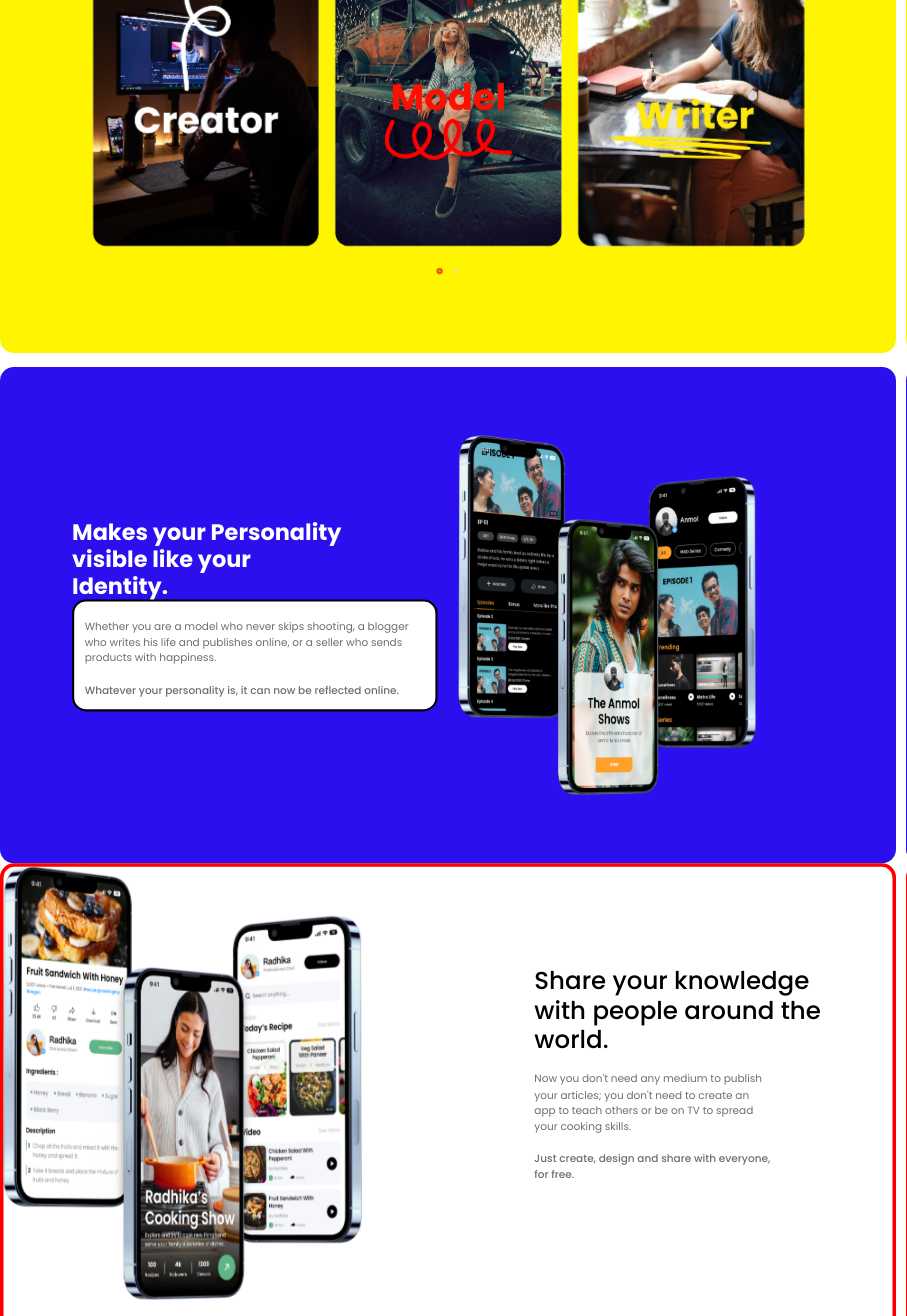
Repository: itsmesikandar/swavy.in.github.io
Page: index.html
An editor plug-in stored every save of this project. The page is shown before and after the next save, followed by the edit.
The browser window is 1280 px wide. The page is 1295 px wide, so the pictures cover 1295 px, including what lies to the right of the window. The pictures show the part of the page from y = 1686 to 3566 px (the page is 4931 px tall), at 70% of full size.

Above is the page before, as saved 2023-02-23 00:26:39.
Console error: TypeError: Cannot read properties of undefined (reading 'fn')

### index.html
<!DOCTYPE html>
<html lang="en">
<head>
  <title>Swavy</title>

  <meta charset="UTF-8">
  <meta name="viewport" content="width=device-width, initial-scale=1.0">
  <meta http-equiv="X-UA-Compatible" content="ie=edge">
  <link rel="stylesheet" href="vendors/owl-carousel/css/owl.carousel.min.css">
  <link rel="stylesheet" href="vendors/owl-carousel/css/owl.theme.default.css">
  <link rel="stylesheet" href="vendors/mdi/css/materialdesignicons.min.css">
  <link rel="stylesheet" href="vendors/aos/css/aos.css">
  <link rel="stylesheet" href="css/style.min.css">
  <link rel="stylesheet" href="css/style.css">
  <link rel="stylesheet"
        href="https://cdnjs.cloudflare.com/ajax/libs/OwlCarousel2/2.3.4/assets/owl.carousel.min.css"
        integrity="sha512-tS3S5qG0BlhnQROyJXvNjeEM4UpMXHrQfTGmbQ1gKmelCxlSEBUaxhRBj/EFTzpbP4RVSrpEikbmdJobCvhE3g=="
        crossorigin="anonymous" />
  <link rel="stylesheet"
        href="https://cdnjs.cloudflare.com/ajax/libs/OwlCarousel2/2.3.4/assets/owl.theme.default.min.css"
        integrity="sha512-sMXtMNL1zRzolHYKEujM2AqCLUR9F2C4/05cdbxjjLSRvMQIciEPCQZo++nk7go3BtSuK9kfa/s+a4f4i5pLkw=="
        crossorigin="anonymous" />

</head>
<body id="body" data-spy="scroll" data-target=".navbar" data-offset="100">
  <header id="header-section">
    <nav class="navbar navbar-expand-lg pl-3 pl-sm-0 py-4" id="navbar">
    <div class="container">
      <div class="navbar-brand-wrapper d-flex ">
        <h4 style="color:rgb(253, 81, 1); font-size: 18px;">#NotJustSocialMedia</h4>
      </div>
    </div>
    </nav>
  </header>
  <div class="banner" >
    <div class="container-fluid">
      <h1 class="font-weight-semibold margin-top" id="ht">Discover<br>The Best Form Of Yourself</h1>
      <h5 class="font-weight-normal text-muted pb-3">Where humans create themselves, not Platform.</h5>
      <img src="images/hero-img.png" alt="" class="img-fluid">
    </div>
  </div>
      <div class="content-wrapper ">
        <div class="container-fluid">




          <section class="features-overview bg_color_first " id="features-section" >
            <!-- <div class="content-header">
              <h3><b>Bored seeing same profiles design?</b></h3>
              <h6 class="section-subtitle text-muted">Billions others too, What if i say<br>You can have your website as your social identity! for free.</h6>
            </div> -->

            <!-- <div class="contact-us" id="contact-section">
              <div class="container">
                <div class=" contact-upper" >
                  <div data-aos="fade-up">
                    <div class="col-12  offset-sm-3 col-sm-6 offset-sm-3 offset-lg-3 col-lg-6 offset-lg-3 ">
                      <form name="submit-to-google-sheet" id="myFormm">
                        <div class="">
                          <input type="email" placeholder="Enter your email address" />
                          <button type="submit" class="btn btn-danger r-20 font-weight-medium">Get Early Access</button>
                       </div>
                         <input type="email" name="Email" class="input-form-control r-20" id="Email" placeholder="Enter your email address">
                        <div class="pt-3">
                          <button type="submit" class="btn btn-danger r-20 font-weight-medium">Get Early Access</button>
                        </div>
                      </form>
                    </div>
                  </div>
                </div>
              </div>
            </div> -->

            <div class="content-header  ">
              <h4 class="section-subtitle color-white"><b>Where you can</b></h4>
              <h4 class="color-white"><b>Show what you are but better.</b></h4>
            </div>

            <div class="d-md-flex justify-content-between mx-5">
              <div class="grid-margin justify-content-center bg_color_white box-shadow-3d-a mx-5 px-2">
                <div class="features-width text-center py-3 pt-5">
                  <img src="images/nomore.png" width="100" height="100" alt="" class="img-icons">
                  <h5 class="py-3 font-weigh-sub">No More<br>Default Profiles</h5>
                  <p class="text-muted font-wt-p">Forget that default profile design that matches with Billions other!</p>
                </div>
              </div>
              <div class="grid-margin  justify-content-center bg_color_white box-shadow-3d-b mx-5 px-2">
                <div class="features-width text-center py-3 pt-5">
                  <img src="images/noplatform.jpg" width="100" height="100" alt="" class="img-icons">
                  <h5 class="py-3 font-weigh-sub">No Need Of<br>Different Platform</h5>
                  <p class="text-muted font-wt-p">Does platform limits you expression: some allows video, image or text only?
                  </p>
                </div>
              </div>
              <div class="grid-margin justify-content-center bg_color_white box-shadow-3d-c mx-5 px-2">
                <div class="features-width text-center py-3 pt-5">
                  <img src="images/tenent.png" width="100" height="100" alt="" class="img-icons">
                  <h5 class="py-3 font-weigh-sub">You No Need<br>To Live As Tenant</h5>
                  <p class="text-muted font-wt-p">Own your virtual identity, like you own your real life.~Web+Domain, for free.</p>
                </div>
              </div>
            </div>
          </section>


          <section class=" features-overview customer-feedback bg_color_second" id="feedback-section">
            <div class="container">
              <div class="row">
                <div class="col-12 text-center pb-5">

                  <h4 class="section-subtitle mt-5"><b>Bring Your Ideas Into Life</b></h4>

                </div>

                <div class="col-12 pa-5">
                  <div class="owl-carousel owl-theme grid-margin">
                    <div class="card customer-cards">
                      <img src="images/educator.png"  alt="" >
                    </div>
                    <div class="card customer-cards">
                      <img src="images/creator.png"  alt="" >
                    </div>
                    <div class="card customer-cards">
                      <img src="images/model.png"  alt="" >
                    </div>
                    <div class="card customer-cards">
                      <img src="images/writer.png"  alt="" >
                    </div>
                  </div>
                </div>
              </div>
            </div>

          </section>

          <section class="features-overview bg_color_third " id="features-section" >
            <div class="container">
              <div class="row">
                <div class="row align-items-center">
                  <div class="col-12 col-lg-offset-1 col-lg-6 grid-margin grid-margin-lg-0 align-left pl-5 pt-5 pb-5" data-aos="fade-right">
                    <h3 class="m-0 font-wt-h3">Makes your Personality<br>visible like your<br>Identity.</h3>
                    <div class="col-lg-12  font-wt-wb">
                      <p class="py-4 m-0 text-muted">Whether you are a model who never skips shooting, a blogger who writes his life and publishes online, or a seller who sends products with happiness.</p>
                      <p class="font-weight-medium text-muted">Whatever your personality is, it can now be reflected online.</p>
                    </div>
                  </div>
                  <div class="col-12  col-lg-5  img-digital grid-margin grid-margin-lg-0 pr-5 pt-5 pb-5" data-aos="fade-left">
                    <div class="carousel slide" data-ride="carousel">
                      <div class="carousel-inner">
                        <div class="carousel-item active">
                          <img src="images/vlog.png" alt="" class="img-fluid d-block w-100">
                        </div>
                        <div class="carousel-item ">
                          <img src="images/show.png" alt="" class="img-fluid d-block w-100">
                        </div>
                        <div class="carousel-item ">
                          <img src="images/podcast.png" alt="" class="img-fluid d-block w-100">
                        </div>
                        <div class="carousel-item ">
                          <img src="images/sell.png" alt="" class="img-fluid d-block w-100">
                        </div>
                      </div>
                    </div>
                  </div>
                </div>
              </div>

            </div>
          </section>


      <section class="digital-marketing-service bf_color_third border-to" id="digital-marketing-section">


        <div class="row align-items-center">
          <div class="col-12 col-lg-5 text-center flex-item grid-margin" data-aos="fade-right">
            <div class="carousel slide" data-ride="carousel">
              <div class="carousel-inner">
                <div class="carousel-item active">
                  <img src="images/class.png" alt="" class="img-fluid d-block w-100">
                </div>
                <div class="carousel-item ">
                  <img src="images/radhika.png" alt="" class="img-fluid d-block w-100">
                </div>
                <div class="carousel-item ">
                  <img src="images/news.png" alt="" class="img-fluid d-block w-100">
                </div>
              </div>
            </div>
          </div>
          <div class="col-12 offset-lg-2 col-lg-5 flex-item grid-margin align-left data-aos="fade-left">
            <h2 class="m-0 ">Share your knowledge<br> with people around the world.</h2>
            <div class="col-lg-9 col-xl-8 p-0">
              <p class="py-4 m-0 text-muted">Now you don't need any medium to publish your articles; you don't need to create an app to teach others or be on TV to spread your cooking skills.</p>
              <p class="pb-2 font-weight-medium text-muted">Just create, design and share with everyone, for free.</p>
            </div>
          </div>
        </div>
      </section>



      <section class="case-studies" id="case-studies-section">
        <div class="row ">
          <div class="col-12 text-center pb-5">
            <h2><b>Be the human that exist in real world.</b></h2>
          </div>
          <div class="col-12 col-md-6 col-lg-4 stretch-card mb-3 mb-lg-3" data-aos="zoom-in">
            <div class="card customer-cards">
              <div class="card-body">
                <div class="text-center">
                  <img src="images/ticket.png" width="100" height="100" alt="" class="img-customer">
                  <div class="content-divider m-auto"></div>
                  <h6 class="card-title pt-3">Get your tickets</h6>
                  <p class="m-0 py-3 text-muted">Get onboard and experience to own yourself on Internet. Either get an invite from friend or Join the waitlist to early access.</p>
                </div>
              </div>
            </div>
          </div>
          <div class="col-12 col-md-6 col-lg-4 stretch-card mb-3 mb-lg-3" data-aos="zoom-in" data-aos-delay="200">
            <div class="card customer-cards">
              <div class="card-body">
                <div class="text-center">
                  <img src="images/create.jpg" width="100" height="100" alt="" class="img-customer">
                  <div class="content-divider m-auto"></div>
                  <h6 class="card-title pt-3">Create yourself</h6>
                  <p class="m-0 py-3 text-muted">Describe your personality, Enter your content and get yourself an identity which is as unique as you out of Billions.</p>
                </div>
              </div>
            </div>
          </div>
          <div class="col-12 col-md-6 col-lg-4 stretch-card mb-3 mb-lg-3" data-aos="zoom-in" data-aos-delay="400">
            <div class="card customer-cards">
              <div class="card-body">
                <div class="text-center">
                  <img src="images/design.jpg" width="100" height="100" alt="" class="img-customer">
                  <div class="content-divider m-auto"></div>
                  <h6 class="card-title pt-3">Design your personality</h6>
                  <p class="m-0 py-3 text-muted">Find your style in our templates curate your content and done. If not satisfy can change font/size/color/layout as your wish.</p>
                </div>
              </div>
            </div>
          </div>
          <div class="col-12 col-md-6 col-lg-4 stretch-card mb-3 mb-lg-3" data-aos="zoom-in" data-aos-delay="600">
            <div class="card customer-cards">
              <div class="card-body">
                <div class="text-center">
                  <img src="images/own.jpg" width="100" height="100" alt="" class="img-customer">
                  <div class="content-divider m-auto"></div>
                  <h6 class="card-title pt-3">Own your identity</h6>
                  <p class="m-0 py-3 text-muted">Get your online presence in your hand, link it with domain, for free* and let yourself be discovered on the Internet.</p>
                </div>
              </div>
            </div>
          </div>
          <div class="col-12 col-md-6 col-lg-4 stretch-card mb-3 mb-lg-3" data-aos="zoom-in" data-aos-delay="400">
            <div class="card customer-cards">
              <div class="card-body">
                <div class="text-center">
                  <img src="images/friends.jpg" width="100" height="100" alt="" class="img-customer">
                  <div class="content-divider m-auto"></div>
                  <h6 class="card-title pt-3">Meet your friends</h6>
                  <p class="m-0 py-3 text-muted">Where you are not just a profile but individual. Who can chat and stay in touch with your friends while being what you are and what you think.</p>
                </div>
              </div>
            </div>
          </div>
          <div class="col-12 col-md-6 col-lg-4 stretch-card mb-3 mb-lg-3" data-aos="zoom-in" data-aos-delay="600">
            <div class="card customer-cards">
              <div class="card-body">
                <div class="text-center">
                  <img src="images/goalive.png" width="100" height="100" alt="" class="img-customer">
                  <div class="content-divider m-auto"></div>
                  <h6 class="card-title pt-3">No profiles just you!</h6>
                  <p class="m-0 py-3 text-muted">Whether a writer or a model, now you have your own ground which you created - a Website. Just share with your friends and play together in the world you own.</p>
                </div>
              </div>
            </div>
          </div>
        </div>
      </section>
    </div>

    <section class="contact-us" id="contact-section">
      <div class="container">
        <div class="contact-us-bgimage grid-margin " >
          <div class="pb-4">
            <h3 class="px-3 px-md-0 m-0 fw" data-aos="fade-down">Invited Members Can Only Access!<br>Join Our Waitlist.</h3>
          </div>
          <div data-aos="fade-up">
            <div class="col-12  offset-sm-3 col-sm-6 offset-sm-3 offset-lg-4 col-lg-4 offset-lg-4 ">
              <form name="submit-to-google-sheet" id="myForm">
                <input type="email" name="Email" class="input-form-control r-20" id="Email" placeholder="Email id">
                <div class="pt-3">
                  <button type="submit" class="btn btn-danger font-weight-medium r-20">Get Early Access</button>
                </div>
              </form>
            </div>
          </div>
        </div>
      </div>
    </section>
  </div>

  <script>
       !function(){var analytics=window.analytics=window.analytics||[];if(!analytics.initialize)if(analytics.invoked)window.console&&console.error&&console.error("Segment snippet included twice.");else{analytics.invoked=!0;analytics.methods=["trackSubmit","trackClick","trackLink","trackForm","pageview","identify","reset","group","track","ready","alias","debug","page","once","off","on","addSourceMiddleware","addIntegrationMiddleware","setAnonymousId","addDestinationMiddleware"];analytics.factory=function(e){return function(){var t=Array.prototype.slice.call(arguments);t.unshift(e);analytics.push(t);return analytics}};for(var e=0;e<analytics.methods.length;e++){var key=analytics.methods[e];analytics[key]=analytics.factory(key)}analytics.load=function(key,e){var t=document.createElement("script");t.type="text/javascript";t.async=!0;t.src="https://cdn.segment.com/analytics.js/v1/" + key + "/analytics.min.js";var n=document.getElementsByTagName("script")[0];n.parentNode.insertBefore(t,n);analytics._loadOptions=e};analytics._writeKey="sy1jEkZRdvqaCf5dOWhj4yyXbsgHlnL4";;analytics.SNIPPET_VERSION="4.15.3";
        analytics.load("sy1jEkZRdvqaCf5dOWhj4yyXbsgHlnL4");
        analytics.page();
        }}();


    const scriptURL = 'https://script.google.com/macros/s/AKfycbxXpgQgQMZqhFNl4IiDehqWTr5-PkKsvUA7oIWJAg1q1VEVA7wHIRvszY07XR8cTBPduQ/exec'
    const form = document.forms['submit-to-google-sheet']
    //const formm = document.forms['submit-to-google-sheet']
    const fr = document.getElementById("myForm")
    //const frr = document.getElementById("myFormm")

    // formm.addEventListener('submit', e => {
    //   e.preventDefault()
    //   fetch(scriptURL, { method: 'POST', body: new FormData(formm)})
    //     .then(response =>
    //     frr.reset())
    //     .catch(error => console.error('Error###', error.message))
    // })

    form.addEventListener('submit', e => {
      e.preventDefault()
      fetch(scriptURL, { method: 'POST', body: new FormData(form)})
        .then(response =>
        fr.reset())
        .catch(error => console.error('Error!!!!!!', error.message))
    })

  </script>
  <script src="https://cdnjs.cloudflare.com/ajax/libs/OwlCarousel2/2.3.4/owl.carousel.min.js"
  integrity="sha512-bPs7Ae6pVvhOSiIcyUClR7/q2OAsRiovw4vAkX+zJbw3ShAeeqezq50RIIcIURq7Oa20rW2n2q+fyXBNcU9lrw=="
  crossorigin="anonymous"></script>
  <script src="vendors/jquery/jquery.min.js"></script>
  <script src="vendors/bootstrap/bootstrap.min.js"></script>
  <script src="vendors/owl-carousel/js/owl.carousel.min.js"></script>
  <script src="vendors/aos/js/aos.js"></script>
  <script src="js/landingpage.js"></script>
</body>
</html>

### js/landingpage.js
// HEADER ANIMATION
window.onscroll = function() {scrollFunction()};
var element = document.getElementById("body");
function scrollFunction() {
  if (document.body.scrollTop > 400 || document.documentElement.scrollTop > 400) {
      $(".navbar").addClass("fixed-top");
      element.classList.add("header-small");
      $("body").addClass("body-top-padding");

  } else {
      $(".navbar").removeClass("fixed-top");
      element.classList.remove("header-small");
      $("body").removeClass("body-top-padding");
  }
}

// OWL-CAROUSAL
$('.owl-carousel').owlCarousel({
    items: 3,
    loop:true,
    nav:false,
    dot:true,
    autoplay: true,
    slideTransition: 'linear',
    autoplayHoverPause: true,
    responsive:{
      0:{
          items:1
      },
      600:{
          items:2
      },
      1000:{
          items:3
      }
  }
})

// SCROLLSPY
$(document).ready(function() {
  $(".nav-link").click(function() {
      var t = $(this).attr("href");
      $("html, body").animate({
          scrollTop: $(t).offset().top - 75
      }, {
          duration: 1000,
      });
      $('body').scrollspy({ target: '.navbar',offset: $(t).offset().top });
      return false;
  });

});

// AOS
AOS.init({
    offset: 120,
    delay: 0,
    duration: 1200,
    easing: 'ease',
    once: true,
    mirror: false,
    anchorPlacement: 'top-bottom',
    disable: "mobile"
  });

//SIDEBAR-OPEN
  $('#navbarSupportedContent').on('hidden.bs.collapse', function () {
    $("body").removeClass("sidebar-open");
  })

  $('#navbarSupportedContent').on('shown.bs.collapse', function () {
    $("body").addClass("sidebar-open");
  })


  window.onresize = function() {
    var w = window.innerWidth;
    if(w>=992) {
      $('body').removeClass('sidebar-open');
      $('#navbarSupportedContent').removeClass('show');
    }
  }

Loaded but not shown: vendors/owl-carousel/css/owl.carousel.min.css (library); vendors/owl-carousel/css/owl.theme.default.css (common file); vendors/mdi/css/materialdesignicons.min.css (library); vendors/aos/css/aos.css (library); css/style.min.css (library); css/style.css (library); vendors/jquery/jquery.min.js (library); vendors/bootstrap/bootstrap.min.js (library); vendors/owl-carousel/js/owl.carousel.min.js (library); vendors/aos/js/aos.js (library)

After the next save:
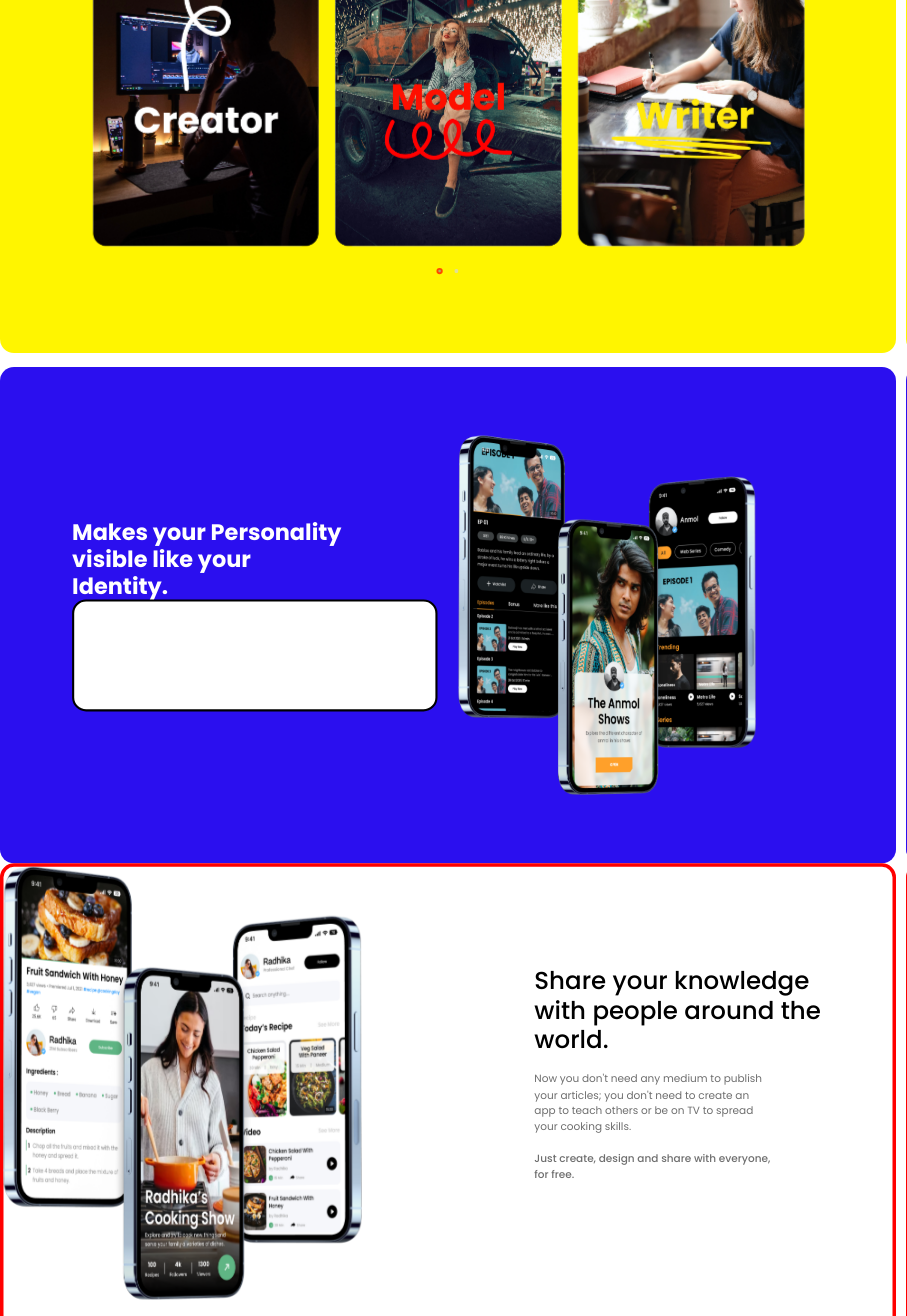
Saved 21 s later.
--- a/index.html
+++ b/index.html
@@ -141,8 +141,8 @@
                   <div class="col-12 col-lg-offset-1 col-lg-6 grid-margin grid-margin-lg-0 align-left pl-5 pt-5 pb-5" data-aos="fade-right">
                     <h3 class="m-0 font-wt-h3">Makes your Personality<br>visible like your<br>Identity.</h3>
                     <div class="col-lg-12  font-wt-wb">
-                      <p class="py-4 m-0 text-muted">Whether you are a model who never skips shooting, a blogger who writes his life and publishes online, or a seller who sends products with happiness.</p>
-                      <p class="font-weight-medium text-muted">Whatever your personality is, it can now be reflected online.</p>
+                      <p class="py-4 m-0 ">Whether you are a model who never skips shooting, a blogger who writes his life and publishes online, or a seller who sends products with happiness.</p>
+                      <p class="font-weight-medium ">Whatever your personality is, it can now be reflected online.</p>
                     </div>
                   </div>
                   <div class="col-12  col-lg-5  img-digital grid-margin grid-margin-lg-0 pr-5 pt-5 pb-5" data-aos="fade-left">
